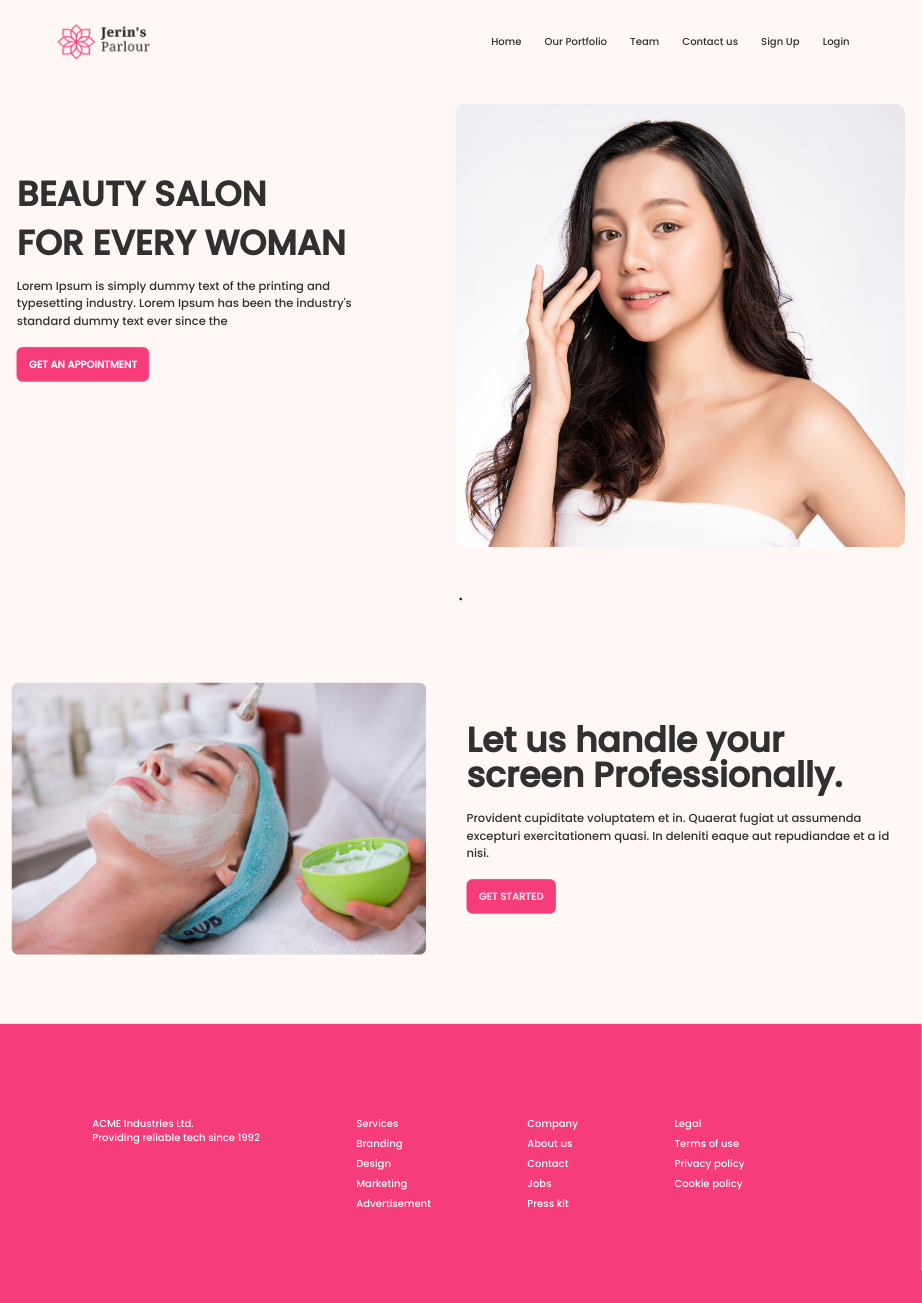
Repository: Wahid137/jerins-parlour-client
Page: /
These files come from the project's save history. The page is drawn as it stood at one moment and after the next save; the edit follows.
The browser window is 1280 px wide. The pictures show the whole page, at 72% of full size.
The page's requests for data from a server got no answer. The project was rebuilt for these pictures with package versions that can differ from the ones it lists, and the page was loaded fresh each time. No one was signed in, and anything a server would have sent is missing. Also part of the build but not shown: src/App.css, src/Pages/Home/Services/ServicesCard.js.

Above is the page before, as saved 2023-07-16 04:12:16.

### public/index.html
<!DOCTYPE html>
<html lang="en">
  <head>
    <meta charset="utf-8" />
    <link rel="icon" href="%PUBLIC_URL%/favicon.ico" />
    <meta name="viewport" content="width=device-width, initial-scale=1" />
    <meta name="theme-color" content="#000000" />
    <meta
      name="description"
      content="Web site created using create-react-app"
    />
    <link rel="preconnect" href="https://fonts.googleapis.com">
    <link rel="preconnect" href="https://fonts.gstatic.com" crossorigin>
    <link href="https://fonts.googleapis.com/css2?family=Poppins:wght@500&display=swap" rel="stylesheet">
    <link rel="apple-touch-icon" href="%PUBLIC_URL%/logo192.png" />
    <!--
      manifest.json provides metadata used when your web app is installed on a
      user's mobile device or desktop. See https://developers.google.com/web/fundamentals/web-app-manifest/
    -->
    <link rel="manifest" href="%PUBLIC_URL%/manifest.json" />
    <!--
      Notice the use of %PUBLIC_URL% in the tags above.
      It will be replaced with the URL of the `public` folder during the build.
      Only files inside the `public` folder can be referenced from the HTML.

      Unlike "/favicon.ico" or "favicon.ico", "%PUBLIC_URL%/favicon.ico" will
      work correctly both with client-side routing and a non-root public URL.
      Learn how to configure a non-root public URL by running `npm run build`.
    -->
    <title>React App</title>
  </head>
  <body>
    <noscript>You need to enable JavaScript to run this app.</noscript>
    <div id="root"></div>
    <!--
      This HTML file is a template.
      If you open it directly in the browser, you will see an empty page.

      You can add webfonts, meta tags, or analytics to this file.
      The build step will place the bundled scripts into the <body> tag.

      To begin the development, run `npm start` or `yarn start`.
      To create a production bundle, use `npm run build` or `yarn build`.
    -->
  </body>
</html>

### src/index.js
import React from 'react';
import ReactDOM from 'react-dom/client';
import './index.css';
import App from './App';
import reportWebVitals from './reportWebVitals';
import { QueryClient, QueryClientProvider } from '@tanstack/react-query'


// Create a client
const queryClient = new QueryClient()

const root = ReactDOM.createRoot(document.getElementById('root'));
root.render(
  <React.StrictMode>
    <QueryClientProvider client={queryClient}>
      <App />
    </QueryClientProvider>
  </React.StrictMode>
);

// If you want to start measuring performance in your app, pass a function
// to log results (for example: reportWebVitals(console.log))
// or send to an analytics endpoint. Learn more: https://bit.ly/CRA-vitals
reportWebVitals();

### src/index.css
@tailwind base;
@tailwind components;
@tailwind utilities;

body {
  background-color: #FFF8F5;
  margin: 0;
  font-family: -apple-system, BlinkMacSystemFont, 'Segoe UI', 'Roboto', 'Oxygen',
    'Ubuntu', 'Cantarell', 'Fira Sans', 'Droid Sans', 'Helvetica Neue',
    sans-serif;
    font-family: 'Poppins', sans-serif;
  -webkit-font-smoothing: antialiased;
  -moz-osx-font-smoothing: grayscale;
}

code {
  font-family: source-code-pro, Menlo, Monaco, Consolas, 'Courier New',
    monospace;
}

### src/App.js
import logo from './logo.svg';
import './App.css';
import { RouterProvider } from 'react-router-dom';
import router from './Routes/Routes/Routes';
import { Toaster } from 'react-hot-toast';

function App() {
  return (
    <div className=" mx-auto">
      <RouterProvider router={router}></RouterProvider>
      <Toaster></Toaster>
    </div>
  );
}

export default App;

### src/Routes/Routes/Routes.js
const { createBrowserRouter } = require("react-router-dom");
const { default: Main } = require("../../Layout/Main");
const { default: Home } = require("../../Pages/Home/Home/Home");

const router = createBrowserRouter([
    {
        path: '/',
        element: <Main></Main>,
        children: [
            {
                path: '/',
                element: <Home></Home>
            }
        ]
    }
])
export default router;

### src/Layout/Main.js
import React from 'react';
import Navbar from '../Shared/Navbar/Navbar';
import { Outlet } from 'react-router-dom';
import Footer from '../Shared/Footer/Footer';

const Main = () => {
    return (
        <div>
            <Navbar></Navbar>
            <Outlet></Outlet>
            <Footer></Footer>
        </div>
    );
};

export default Main;

### src/Pages/Home/Home/Home.js
import React from 'react';
import Banner from '../Banner/Banner';
import Services from '../Services/Services';
import Screen from '../Screen/Screen';

const Home = () => {
    return (
        <div>
            <Banner></Banner>
            <Services></Services>
            <Screen></Screen>
        </div>
    );
};

export default Home;

### src/Shared/Navbar/Navbar.js
import React from 'react';
import logo from '../../assets/logo.png';
import { Link } from 'react-router-dom';

const Navbar = () => {
    const menuItem = <>
        <li><Link to="/">Home</Link></li>
        <li><Link to="/portfolio">Our Portfolio</Link></li>
        <li><Link to="/team">Team</Link></li>
        <li><Link to="/dashboard">Contact us</Link></li>
        <li><Link to="/signup">Sign Up</Link></li>
        <li><Link to="/login">Login</Link></li>

    </>
    return (
        <div className="navbar flex justify-between px-20 pt-8">
            <div className="navbar-start">
                <div className="dropdown">
                    <label tabIndex={0} className="btn btn-ghost lg:hidden">
                        <svg xmlns="http://www.w3.org/2000/svg" className="h-5 w-5" fill="none" viewBox="0 0 24 24" stroke="currentColor"><path strokeLinecap="round" strokeLinejoin="round" strokeWidth="2" d="M4 6h16M4 12h8m-8 6h16" /></svg>
                    </label>
                    <ul tabIndex={1} className="menu menu-sm dropdown-content mt-3 z-[1] p-2 shadow bg-base-100 rounded-box w-52">
                        {menuItem}
                    </ul>
                </div>
                <Link to="/" className="w-32">
                    <img src={logo} alt="" />
                </Link>
            </div>
            <div className="navbar-center hidden lg:flex">
                <ul className="menu menu-horizontal px-1">
                    {menuItem}
                </ul>
            </div>
            <label htmlFor="dashboard-drawer" tabIndex={2} className="btn btn-ghost lg:hidden">
                <svg xmlns="http://www.w3.org/2000/svg" className="h-5 w-5" fill="none" viewBox="0 0 24 24" stroke="currentColor"><path strokeLinecap="round" strokeLinejoin="round" strokeWidth="2" d="M4 6h16M4 12h8m-8 6h16" /></svg>
            </label>

        </div>
    );
};

export default Navbar;

### src/Shared/Footer/Footer.js
import React from 'react';


const Footer = () => {
    return (
        <footer className="footer p-32 bg-primary text-white w-full max-w-full">
            <div>
                <p>ACME Industries Ltd.<br />Providing reliable tech since 1992</p>
            </div>
            <div>
                <span className=" text-white">Services</span>
                <a href="/" className="link link-hover">Branding</a>
                <a href="/" className="link link-hover">Design</a>
                <a href="/" className="link link-hover">Marketing</a>
                <a href="/" className="link link-hover">Advertisement</a>
            </div>
            <div>
                <span className="">Company</span>
                <a href="/" className="link link-hover">About us</a>
                <a href="/" className="link link-hover">Contact</a>
                <a href="/" className="link link-hover">Jobs</a>
                <a href="/" className="link link-hover">Press kit</a>
            </div>
            <div>
                <span className="">Legal</span>
                <a href="/" className="link link-hover">Terms of use</a>
                <a href="/" className="link link-hover">Privacy policy</a>
                <a href="/" className="link link-hover">Cookie policy</a>
            </div>
        </footer>
    );
};

export default Footer;

### src/Pages/Home/Banner/Banner.js
import React from 'react';
import woman from '../../../assets/images/woman.png';
import PrimaryButton from '../../../Components/PrimaryButton/PrimaryButton';

const Banner = () => {
    return (
        <div className="hero" >
            <div className="hero-content flex-col lg:flex-row-reverse min-h-screen">

                <img src={woman} className="rounded-lg lg:w-1/2" alt="" />

                <div className='lg:me-32 lg:-mt-32'>
                    <h1 className="text-5xl font-bold mt-0 mb-5">BEAUTY SALON</h1>
                    <h1 className="text-5xl font-bold">FOR EVERY WOMAN</h1>
                    <p className="py-6">Lorem Ipsum is simply dummy text of the printing and <br /> typesetting industry. Lorem Ipsum has been the industry's <br /> standard dummy text ever since the</p>
                    <PrimaryButton>Get an Appointment</PrimaryButton>
                </div>
            </div>
        </div>
    );
};

export default Banner;

### src/Pages/Home/Services/Services.js
import { useQuery } from '@tanstack/react-query';
import React from 'react';
import Loading from '../../../Shared/Loading/Loading';


import ServicesCard from './ServicesCard';
import PrimaryButton from '../../../Components/PrimaryButton/PrimaryButton';



const Services = () => {
    const { data: services = [], isLoading } = useQuery({
        queryKey: ['services'],
        queryFn: () => fetch('http://localhost:5000/services')
            .then(res => res.json())
    })


    if (isLoading) {
        return <Loading></Loading>;
    }

    return (
        <div className='p-0 my-5'>
            <div className='mx-auto mb-4 py-10 text-center w-1/2'>
                <p className='text-2xl font-bold'>Our Awesome <span className='text-primary'>Services</span></p>
            </div>
            <div className='grid gap-1 grid-cols-1 md:grid-cols-2 lg:grid-cols-3'>
                {
                    services.map(service => <ServicesCard
                        key={service._id}
                        service={service}
                    ></ServicesCard>)
                }
            </div>
            <div className='text-center mt-10'>
                <PrimaryButton >Explore More</PrimaryButton>
            </div>

        </div >
    );
};

export default Services;

### src/Pages/Home/Screen/Screen.js
import React from 'react';
import face from '../../../assets/images/face.png'

const Screen = () => {
    return (
        <div className="hero py-20 bg-secondary">
            <div className="hero-content flex-col lg:flex-row">
                <img src={face} className="max-w-xl rounded-lg" alt="" />
                <div className='lg:w-1/2 ms-10'>
                    <h1 className="text-5xl font-bold">Let us handle your screen Professionally.</h1>
                    <p className="py-6">Provident cupiditate voluptatem et in. Quaerat fugiat ut assumenda excepturi exercitationem quasi. In deleniti eaque aut repudiandae et a id nisi.</p>
                    <button className="btn btn-primary">Get Started</button>
                </div>
            </div>
        </div>
    );
};

export default Screen;

### src/Components/PrimaryButton/PrimaryButton.js
import React from 'react';

const PrimaryButton = ({ children }) => {
    return (
        <button className="btn btn-primary text-white">{children}</button>
    );
};

export default PrimaryButton;

### src/Shared/Loading/Loading.js
import React from 'react';

const Loading = () => {
    return (
        <div className="flex items-center justify-center">
            <span className="loading loading-ring loading-lg"></span>
        </div>
    );
};

export default Loading;

### tailwind.config.js
/** @type {import('tailwindcss').Config} */
module.exports = {
  content: [
    "./src/**/*.{js,jsx,ts,tsx}",
  ],
  daisyui: {
    themes: [
      {
        parlourTheme: {
          primary: '#F63E7B',
          secondary: '#FFF8F5',
          accent: '##F4F7FC',
          neutral: '#3D4451',
          "base-100": '#FFFFFF',
        }
      }
    ]
  },
  theme: {
    extend: {},
  },
  plugins: [require("daisyui")],
}

Loaded but not shown: src/reportWebVitals.js (common file)

After the next save:
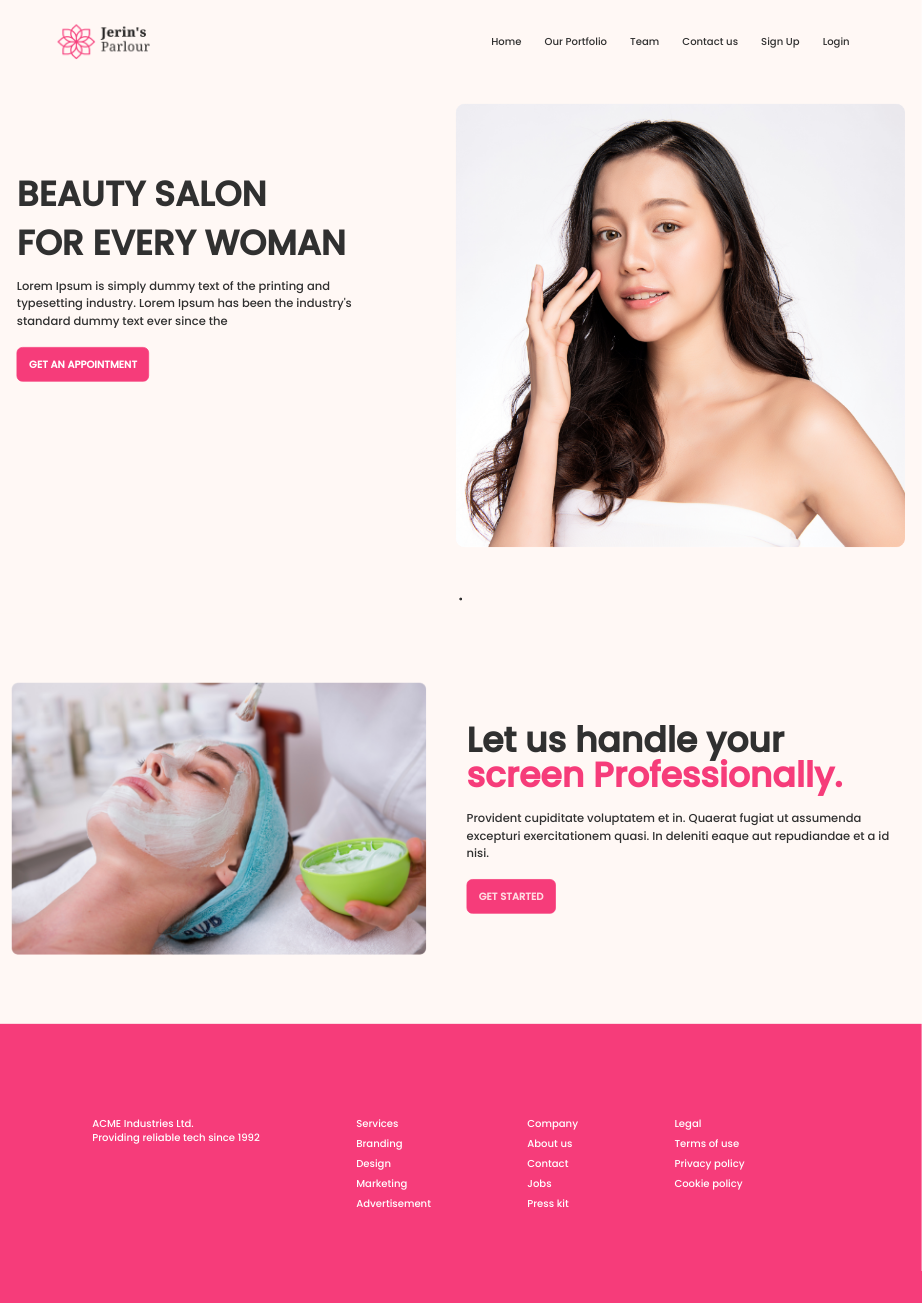
Saved 55 s later.
--- a/src/Pages/Home/Screen/Screen.js
+++ b/src/Pages/Home/Screen/Screen.js
@@ -7,7 +7,7 @@ const Screen = () => {
             <div className="hero-content flex-col lg:flex-row">
                 <img src={face} className="max-w-xl rounded-lg" alt="" />
                 <div className='lg:w-1/2 ms-10'>
-                    <h1 className="text-5xl font-bold">Let us handle your screen Professionally.</h1>
+                    <h1 className="text-5xl font-bold">Let us handle your <br /><span className='text-primary'>screen Professionally.</span></h1>
                     <p className="py-6">Provident cupiditate voluptatem et in. Quaerat fugiat ut assumenda excepturi exercitationem quasi. In deleniti eaque aut repudiandae et a id nisi.</p>
                     <button className="btn btn-primary">Get Started</button>
                 </div>
